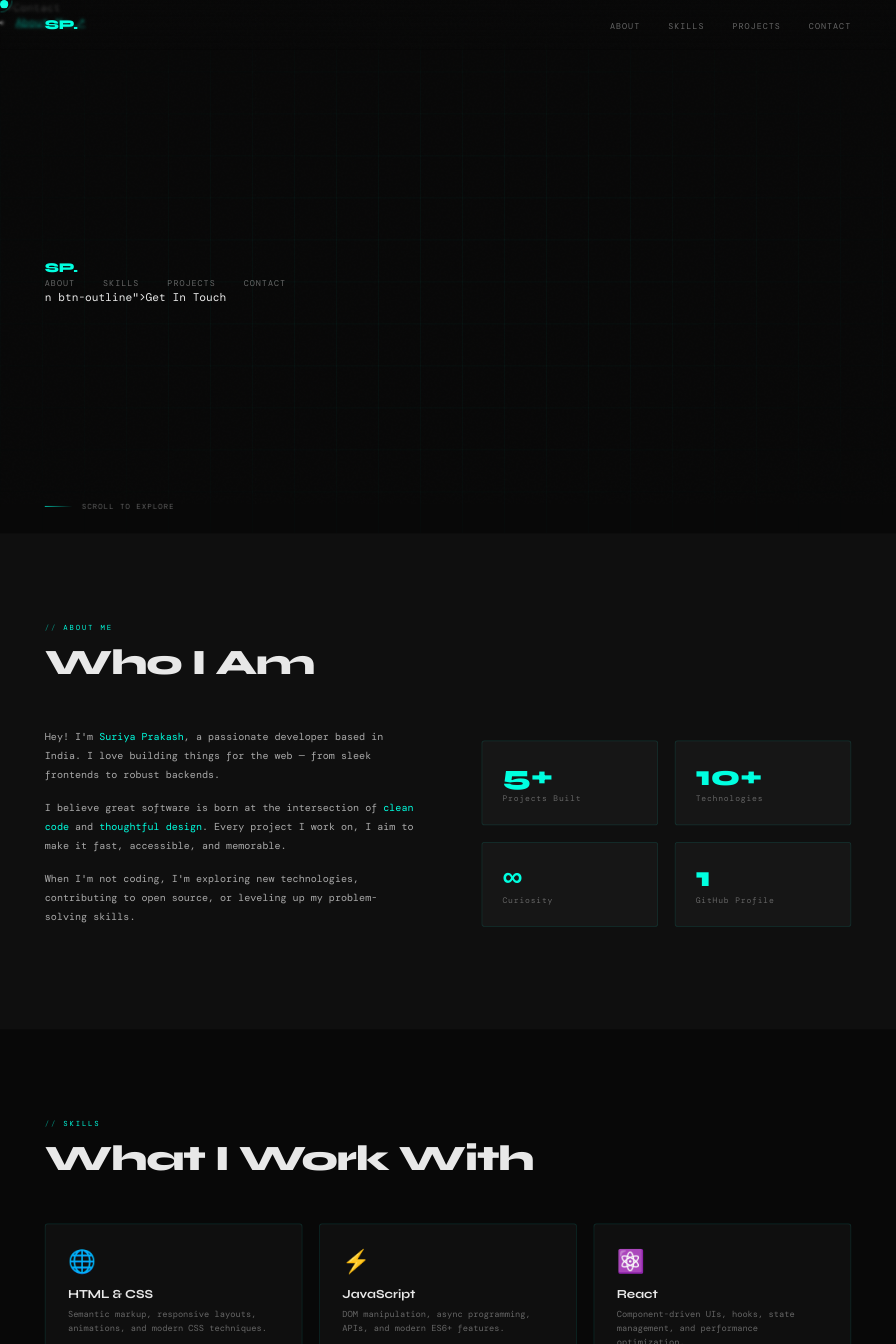
Repository: Suriyaprakash0901/PortoFolio
Page: index.html
These files come from the project's save history. The page is drawn as it stood at one moment and after a run of saves; the edit follows.
The browser window is 1280 px wide. The pictures show the part of the page from y = 0 to 1920 px (the page is 4183 px tall before and 3888 px after), at 70% of full size.
Some web fonts or font styles are not loaded; a fallback is used.

Above is the page before, as saved 2026-03-14 11:30:11.

After the next 2 saves:
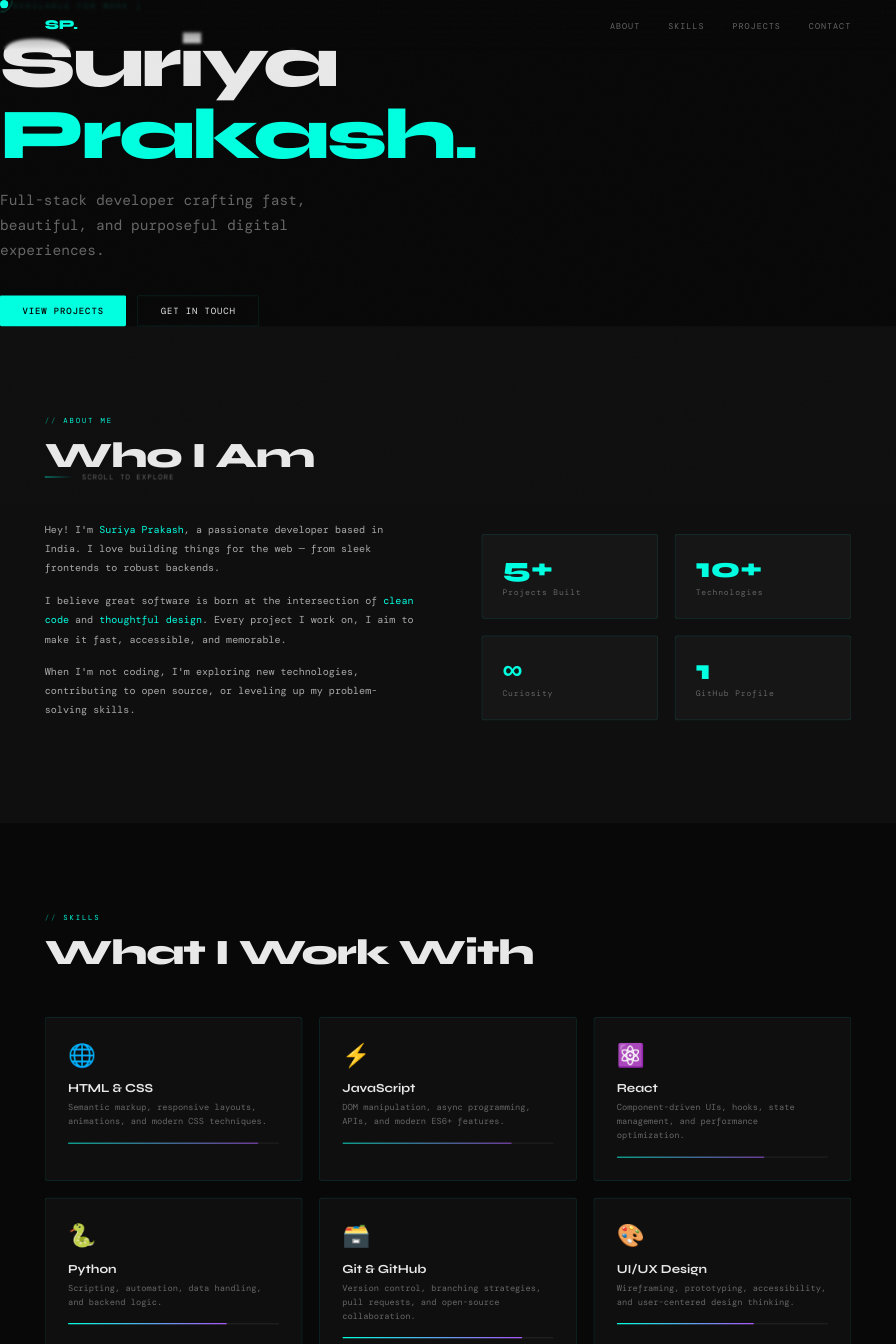
The 2 saves are shown as one change because they came seconds apart.
The last was saved 21 min 6 s later.
--- a/index.html
+++ b/index.html
@@ -471,24 +471,13 @@
       <li><a href="#contact">Contact</a></li>
     </ul>
   </nav>
-">Contact</a></li>
-    <li><a href="about.html" style="color: var(--neon);">About Me ↗</a></li>
-  </ul>
-</nav>
-
-  <!-- HERO -->
-  <section id="hero">
-    <div class="hero-grid"></div  <nav>
-    <a href="#hero" class="nav-logo">SP.</a>
-    <ul class="nav-links">
-      <li><a href="#about">About</a></li>
-      <li><a href="#skills">Skills</a></li>
-      <li><a href="#projects">Projects</a></li>
-      <li><a href="#contact">Contact</a></li>
-    </ul>
-  </nav>
-n btn-outline">Get In Touch</a>
-    </div>
+<p class="hero-tag">Available for work</p>
+<h1 class="hero-name">Suriya<br/><span class="accent">Prakash.</span></h1>
+<p class="hero-role">Full-stack developer crafting fast, beautiful, and purposeful digital experiences.</p>
+<div class="hero-cta">
+  <a href="#projects" class="btn btn-primary">View Projects</a>
+  <a href="#contact" class="btn btn-outline">Get In Touch</a>
+</div>
     <div class="scroll-hint">
       <span class="scroll-line"></span>
       Scroll to explore
@@ -632,8 +621,8 @@ n btn-outline">Get In Touch</a>
             <span class="social-icon">🐙</span> GitHub — Suriyaprakash0901
           </a>
 href="https://www.linkedin.com/in/suriyaprakash-g-29433a27b" target="_blank" class="social-link">
-            <span class="social-icon">💼</span> LinkedIn — Suriyaprakash G
-          </a>
+  <span class="social-icon">💼</span> LinkedIn — Suriyaprakash G
+</a>
           <a href="mailto:gsuriyaprakash912005@gmail.com" class="social-link">
             <span class="social-icon">✉️</span> Email — gsuriyaprakash912005@gmail.com
           </a>
